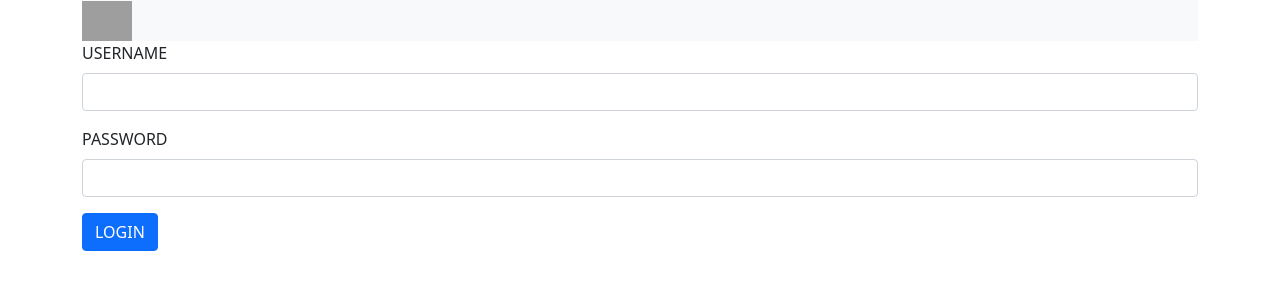
Repository: dilaraozdem1r/BooksApp
Page: /admin/page
These files come from the project's save history. The page is drawn as it stood at one moment and after the next save; the edit follows.
The browser window is 1280 px wide. The pictures show the whole page.
Pictures or frames that could not be fetched are drawn as grey boxes. The page's requests for data from a server got no answer. The project was rebuilt for these pictures with package versions that can differ from the ones it lists, and the page was loaded fresh each time. No one was signed in, and anything a server would have sent is missing. Also part of the build but not shown: src/Components/BookList.js, src/Components/SearchBar.js.

Above is the page before, as saved 2021-08-20 14:33:52.

After the next save:
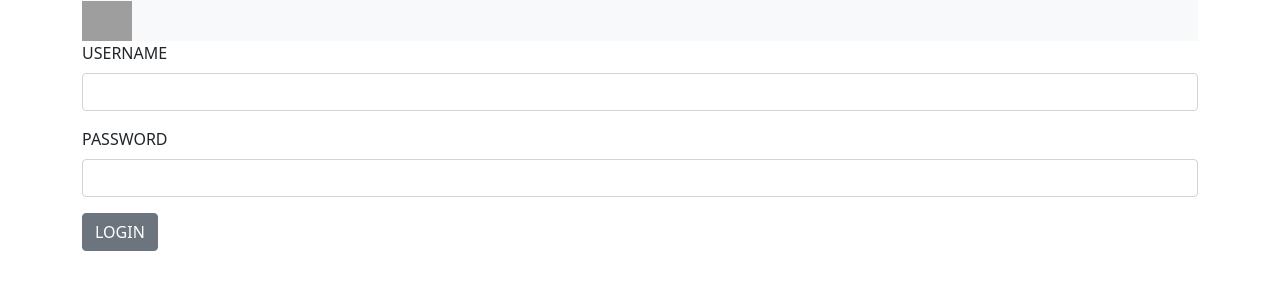
Saved 61 s later.
--- a/src/Components/Admin.js
+++ b/src/Components/Admin.js
@@ -26,7 +26,7 @@ class Admin extends React.Component {
     <input type="password" class="form-control" id="exampleInputPassword1"/>
   </div>
 
-  <button type="submit" class="btn btn-primary">LOGIN</button>
+  <button type="submit" class="btn btn-secondary">LOGIN</button>
 </form>
 </div>
 
